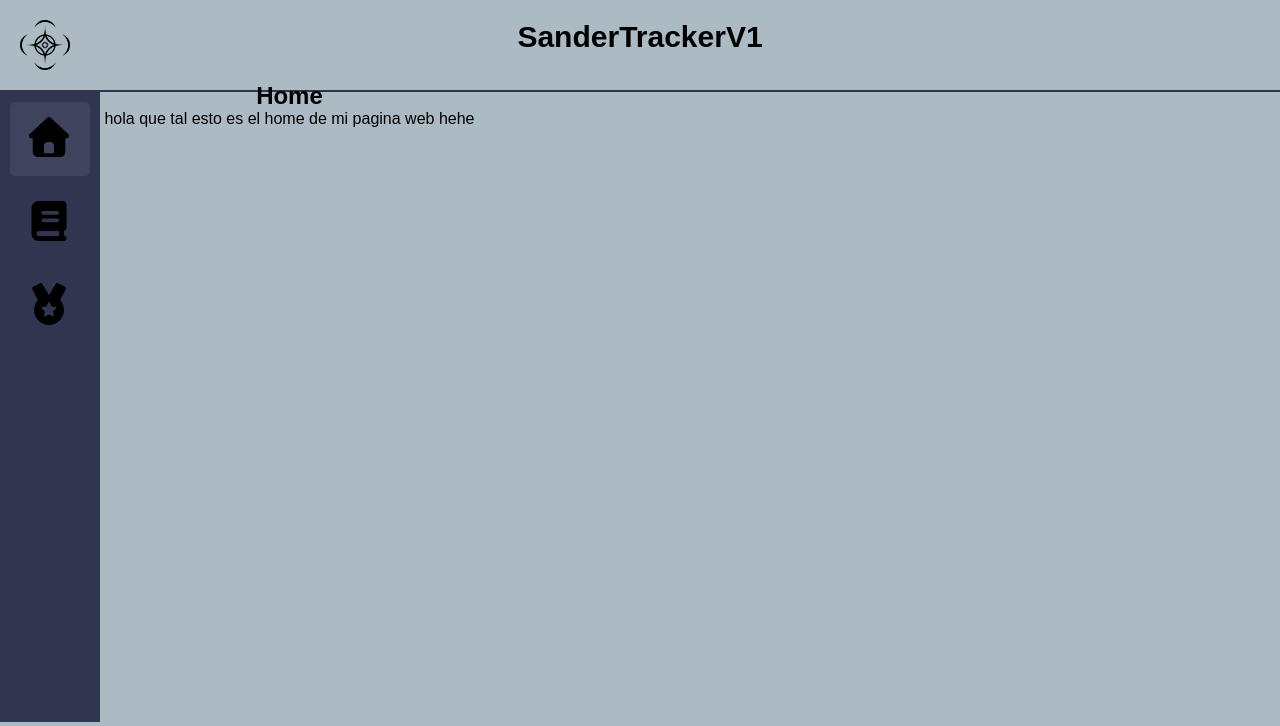
Repository: iocolopus/learn_web
Page: sandertracker_1/index.html
An editor plug-in stored every save of this project. The page is shown before and after a run of saves, followed by the edit.
The browser window is 1280 px wide. The pictures show the whole page.

Above is the page before, as saved 2026-02-18 20:53:16.

After the next 2 saves:
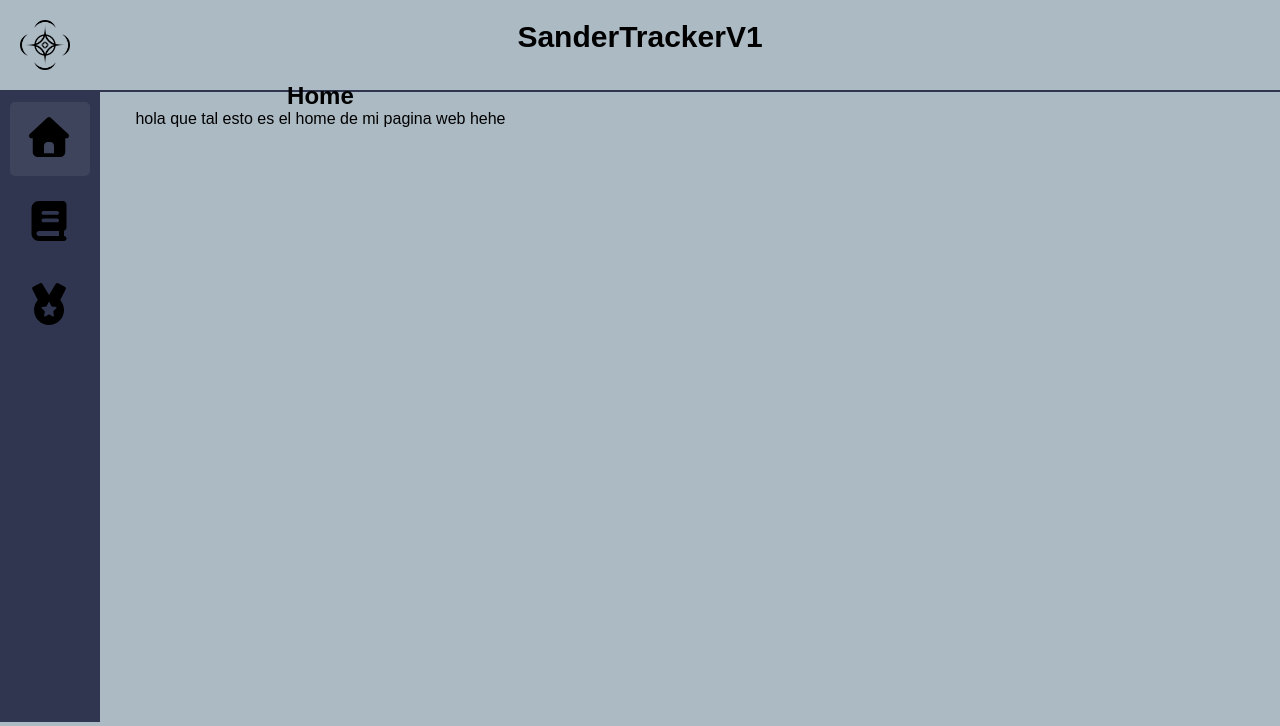
The 2 saves are shown as one change because they came seconds apart.
The last was saved 13 s later.
--- a/sandertracker_1/styles_section.css
+++ b/sandertracker_1/styles_section.css
@@ -5,6 +5,6 @@ section {
 section.inSection {
     text-align: center;
     display: inline-block;
-    width: ;
+    width: 60vh;
     transform: translateY(-83vh);
 }
